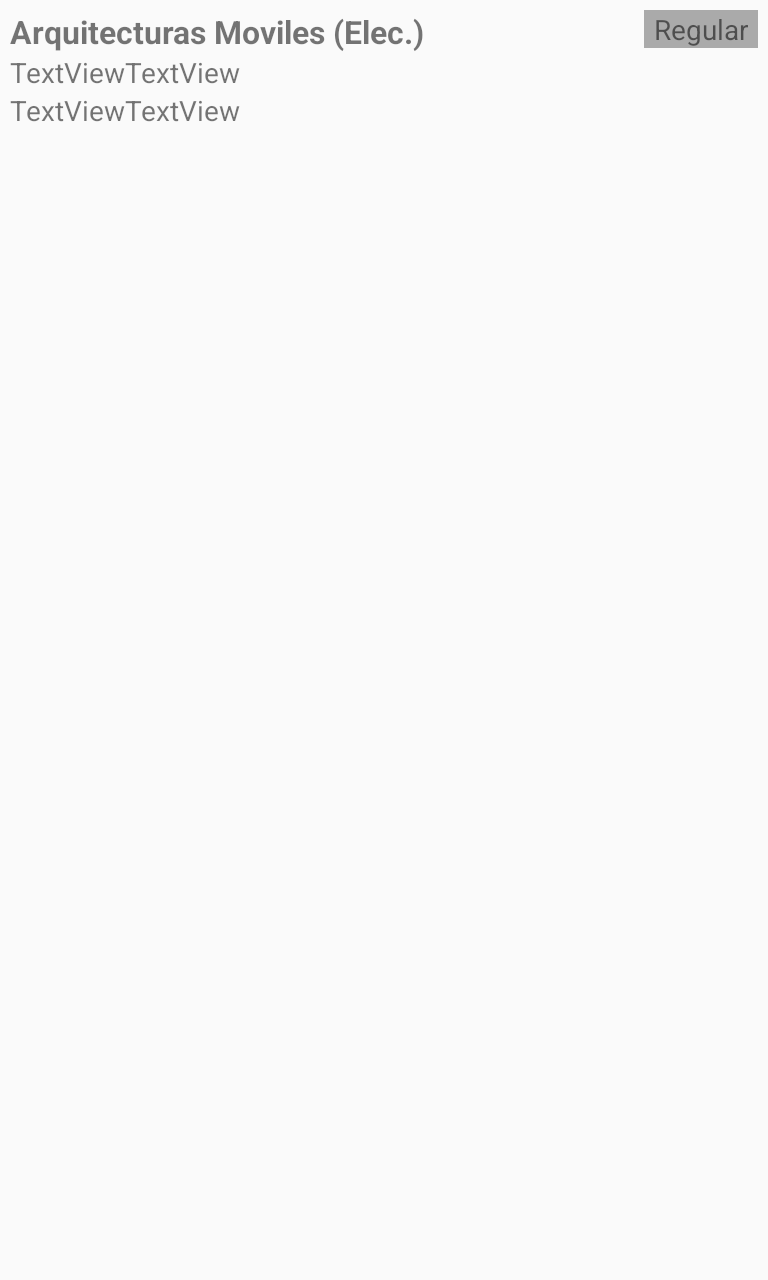
Repository: juanpablobono/Sysacadalumnos
Layout: Sysacad/res/layout/lst_cursado_item.xml
The author's editor kept a copy of each file at every save. The layout is drawn from the files as they stood at one save, then again after the next save.
It is drawn on a 768 x 1280 px phone screen (xhdpi) without system bars, with theme temaSysacad; the app's code is not run.

Above is the layout before, as saved 2014-07-07 12:42:39.

After the next save:
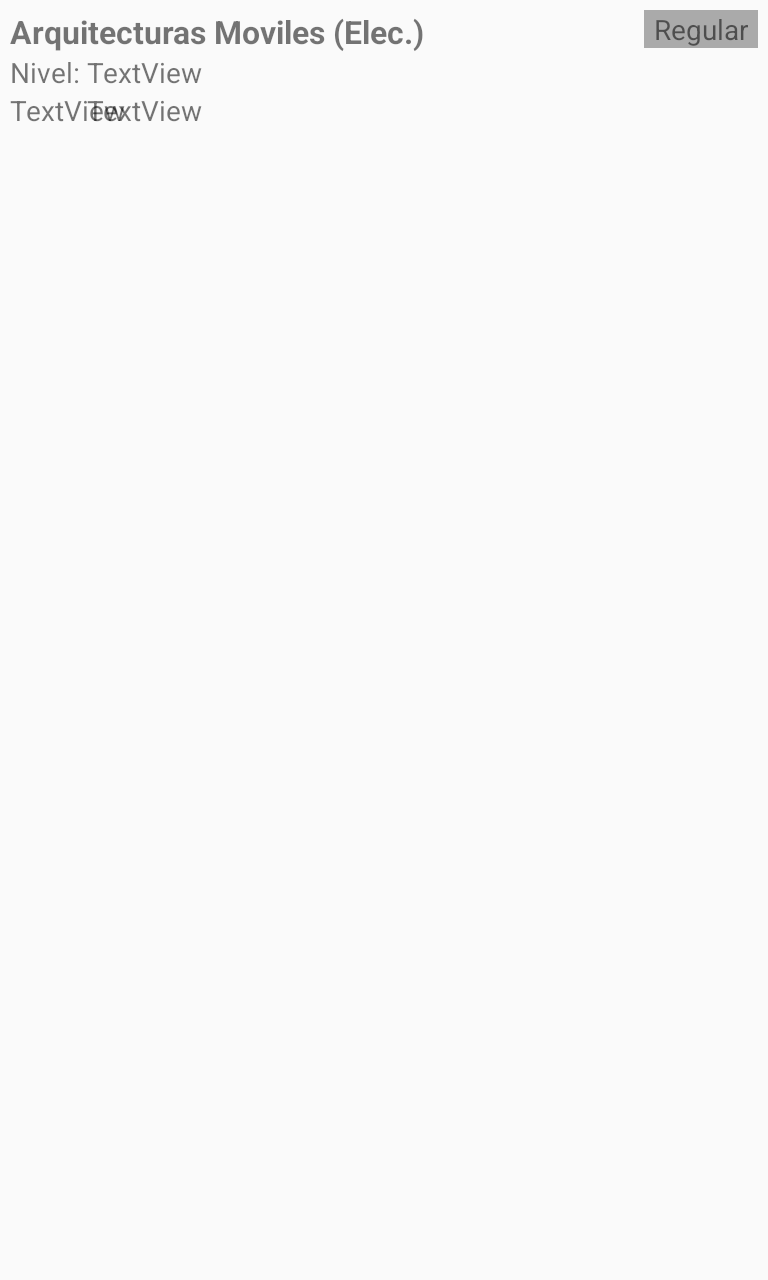
Saved 15 s later.
--- a/Sysacad/res/layout/lst_cursado_item.xml
+++ b/Sysacad/res/layout/lst_cursado_item.xml
@@ -34,7 +34,7 @@
         android:layout_height="wrap_content"
         android:layout_alignParentLeft="true"
         android:layout_below="@+id/lblNombreMateria"
-        android:text="TextView" />
+        android:text="Nivel: " />
 
     <TextView
         android:id="@+id/textView2"
